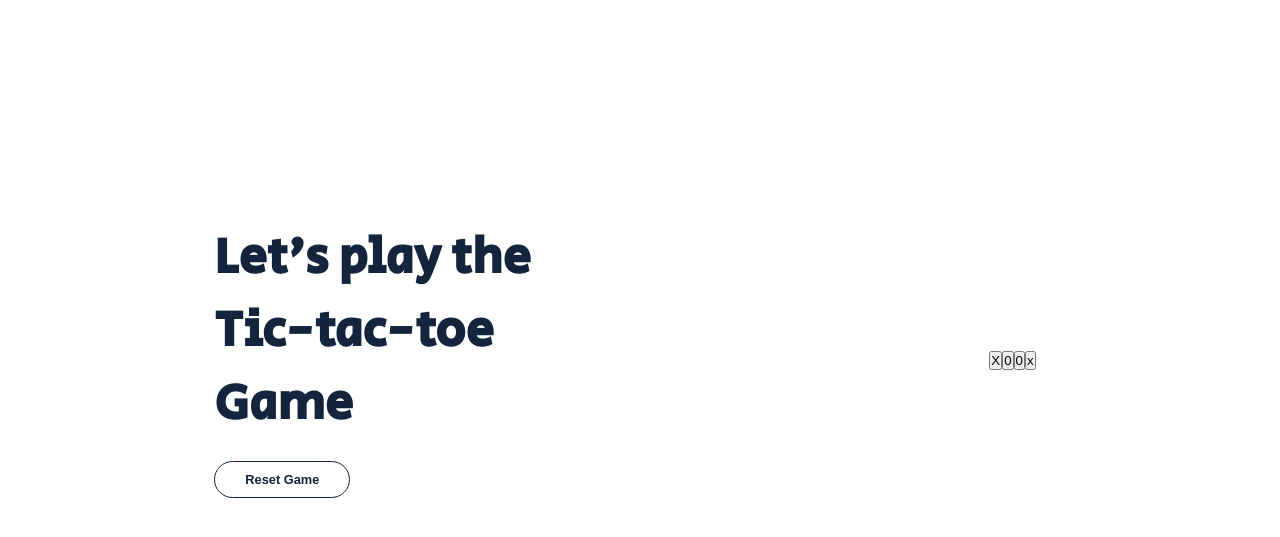
Repository: evergreenx/tic-tac
Page: /
The author's editor kept a copy of each file at every save. The page is drawn from the files as they stood at one save, then again after the next save.
The browser window is 1280 px wide. The pictures show the whole page.
The project was rebuilt for these pictures with package versions that can differ from the ones it lists, and the page was loaded fresh each time.

Above is the page before, as saved 2022-04-21 14:08:20.

### src/index.scss

$primary-color: #13243C;

@import url("https://fonts.googleapis.com/css2?family=Anton&family=Secular+One&display=swap");

* {
  margin: 0;
  padding: 0;
  box-sizing: border-box;
}

body {
  font-family: "Secular One", sans-serif;
}

.App {
  display: flex;
  flex-direction: row;
  align-items: center;
  justify-content: space-around;
  height: 100vh;

  .board-text {
    .heading {
      color: $primary-color;
      font-size: 50px;
      margin-bottom: 20px;
    }


  }
}

@media (max-width: 768px) {
  .App {
    flex-direction: column;
  }
}

### src/App.js
import Board from "./components/Board";

function App() {
  return (
    <section className="App">
      <div className="board-text">
        <h1 className="heading">
          Let's play the <br /> Tic-tac-toe <br />  Game
        </h1>
        <div class="reset--button">
          <button class="reset--button--text">Reset Game</button>
        </div>
      </div>

      <Board />
    </section>
  );
}

export default App;

### src/components/Board.jsx
import React from "react";
import './Board.scss'

function Board() {
  return (
    <div className="board">
      <button>X</button>

      <button>0</button>

      <button>0</button>

      <button>x</button>
    </div>
  );
}

export default Board;

### src/components/Board/Board.scss
.board {
  display: flex;
  flex-direction: row;
  padding: 30px;
}

.game-status {
  align-self: flex-end;

}
.reset--button--text {
  color: #13243C;
  font-size: 0.8rem;
  padding: 10px 30px;
  border: 1px #13243C solid;
  border-radius: 50px;
  cursor: pointer;
  background-color: #fff;

  font-weight: 600;
}

Loaded but not shown: public/index.html (common file); src/index.js (common file); src/reportWebVitals.js (common file)

After the next save:
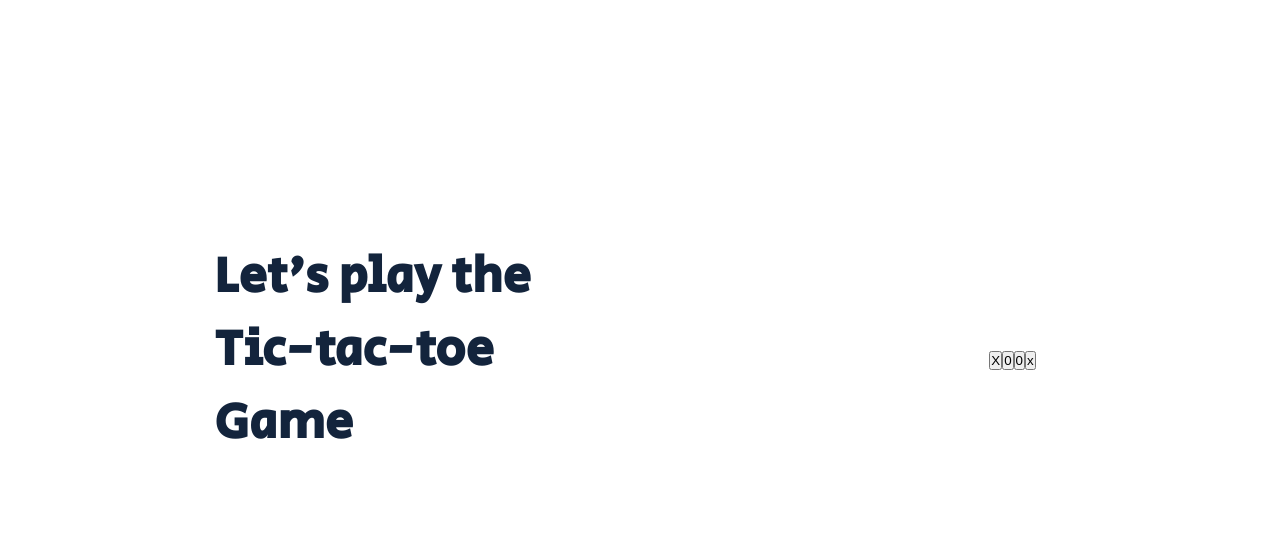
Saved 22 s later.
--- a/src/App.js
+++ b/src/App.js
@@ -7,9 +7,6 @@ function App() {
         <h1 className="heading">
           Let's play the <br /> Tic-tac-toe <br />  Game
         </h1>
-        <div class="reset--button">
-          <button class="reset--button--text">Reset Game</button>
-        </div>
       </div>
 
       <Board />
